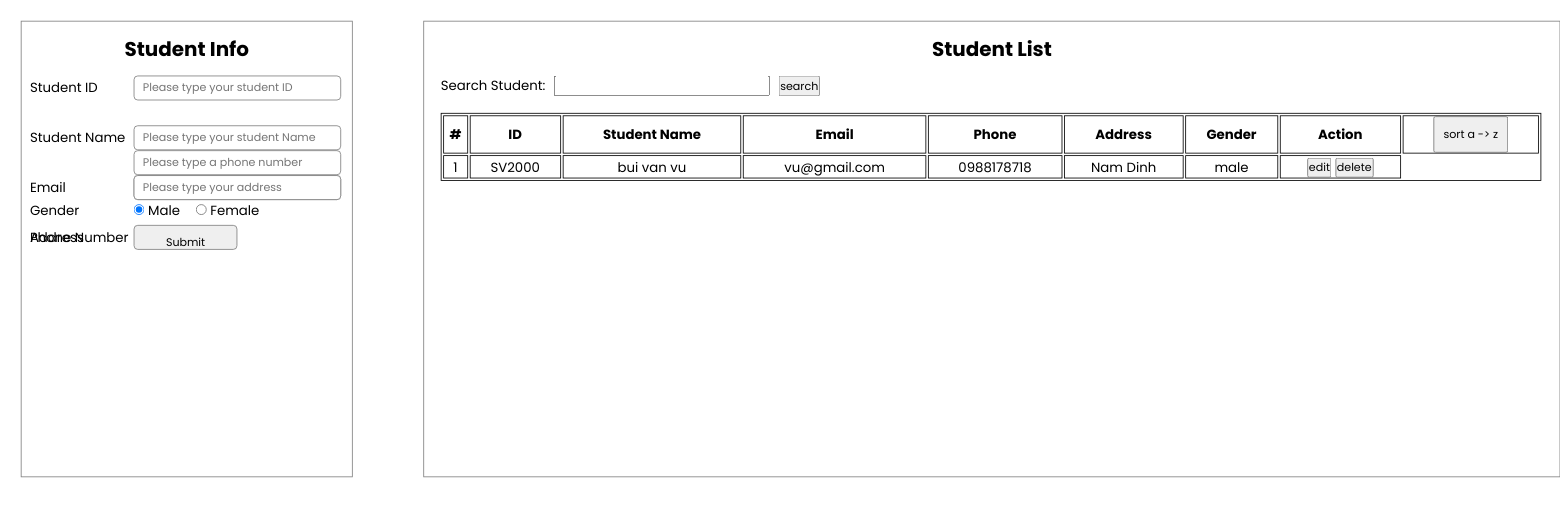
Repository: sSoRaK/ex-session15-dom-event
Page: ex-dom-event/student-management.html
An editor plug-in stored every save of this project. The page is shown before and after a run of saves, followed by the edit.
The browser window is 1280 px wide. The page is 1880 px wide, so the pictures cover 1880 px, including what lies to the right of the window. The pictures show the whole page, at 83% of full size.

Above is the page before, as saved 2023-06-24 20:24:15.

### ex-dom-event/student-management.html
<!DOCTYPE html>
<html lang="en">
  <head>
    <meta charset="UTF-8" />
    <meta name="viewport" content="width=device-width, initial-scale=1.0" />
    <title>Student Management</title>
    <link rel="preconnect" href="https://fonts.googleapis.com" />
    <link rel="preconnect" href="https://fonts.gstatic.com" crossorigin />
    <link
      href="https://fonts.googleapis.com/css2?family=Poppins:ital,wght@0,100;0,200;0,300;0,400;0,500;0,600;0,700;0,800;0,900;1,100;1,200;1,300;1,400;1,500;1,600;1,700;1,800;1,900&display=swap"
      rel="stylesheet"
    />
    <link rel="stylesheet" href="./style/style.css" />
  </head>
  <body>
    <div class="left-side">
      <h2>Student Info</h2>
      <form action="#" class="form-student">
        <label for="student-id" id="label-id">Student ID</label>
        <input
          type="text"
          name="student-name"
          id="student-id"
          placeholder="Please type your student ID"
        />
        <div class="error error-row1"></div>
        <label for="student-name" id="label-name">Student Name</label>
        <input
          type="text"
          name="student-name"
          id="student-name"
          placeholder="Please type your student Name"
        />
        <div class="error error-row2"></div>
        <label for="student-email" id="label-email">Email</label>
        <input
          type="email"
          name="student-email"
          id="student-email"
          placeholder="Please type your email"
        />
        <div class="error error-row3"></div>
        <label for="student-phone_number" id="label-phone_number"
          >Phone Number</label
        >
        <input
          type="number"
          name="student-phone_number"
          id="student-phone_number"
          placeholder="Please type a phone number"
        />
        <div class="error error-row4"></div>
        <label for="student-address" id="label-address">Address</label>
        <input
          type="text"
          name="student-address"
          id="student-address"
          placeholder="Please type your address"
        />
        <div class="error error-row5"></div>
        <span class="gender">Gender</span>
        <div class="gender-wrapper">
          <input type="radio" name="gender" id="male" checked />
          <label for="male">Male</label>
          <input type="radio" name="gender" id="female" />
          <label for="female">Female</label>
        </div>
        <input type="submit" value="Submit" class="btn-submit" />
      </form>
    </div>
    <div class="right-side">
      <h2>Student List</h2>
      <form action="#" class="searching-bar">
        <span>Search Student:</span>
        <input
          type="text"
          name="search-student_name"
          id="search-student_name"
        />
        <button class="btn-search">search</button>
      </form>
      <table class="table-student">
        <thead>
          <tr>
            <th>#</th>
            <th>ID</th>
            <th>Student Name</th>
            <th>Email</th>
            <th>Phone</th>
            <th>Address</th>
            <th>Gender</th>
            <th>Action</th>
            <th>
              <button class="btn-sort">sort a -> z</button>
            </th>
          </tr>
        </thead>
        <tbody id="student-info"></tbody>
      </table>
    </div>
    <script src="./app/app.js"></script>
  </body>
</html>

### ex-dom-event/style/style.css
* {
  padding: 0;
  margin: 0;
  box-sizing: border-box;
  font-family: "Poppins", sans-serif;
}
body {
  display: grid;
  grid-template-columns: repeat(4, 400px);
  grid-template-rows: repeat(1, 550px);
  gap: 85px;
  margin: 25px;
}
/* left side student info */
.left-side {
  border: 1px solid gray;
  grid-column: 1/2;
}
.left-side h2,
.right-side h2 {
  text-align: center;
  margin: 15px 0;
}
.form-student {
  margin: 0 10px;
  display: grid;
  grid-template-columns: repeat(3, 125px);
  grid-template-rows: repeat(13, 30px);
  /* row-gap: 30px; */
}
.form-student input {
  border: 0.5px solid gray;
  border-radius: 5px;
}
#label-id {
  grid-column: 1/2;
  grid-row: 1/2;
  line-height: 30px;
}
#student-id {
  grid-column: 2/4;
  grid-row: 1/2;
  padding-left: 10px;
}
.error-row1{
  grid-column: 2/4;
  grid-row: 2/3;
}
#label-name {
  grid-column: 1/2;
  grid-row: 3/4;
  line-height: 30px;
}
#student-name {
  grid-column: 2/4;
  grid-row: 3/4;
  padding-left: 10px;
}
.error-row2{
  grid-column: 2/4;
  grid-row: 4/5;
}
#label-email {
  grid-column: 1/2;
  grid-row: 5/6;
  line-height: 30px;
}
#student-email {
  grid-column: 2/4;
  grid-row: 5/6;
  padding-left: 10px;
}
.error-row3{
  grid-column: 2/4;
  grid-row: 6/7;
}
#label-phone_number {
  grid-column: 1/2;
  grid-row: 7/8;
  line-height: 30px;
}
input::-webkit-outer-spin-button,
input::-webkit-inner-spin-button {
  -webkit-appearance: none;
  margin: 0;
}
#student-phone_number {
  grid-column: 2/4;
  grid-row: 4/5;
  padding-left: 10px;
}
#label-address {
  grid-column: 1/2;
  grid-row: 7/8;
  line-height: 30px;
}
#student-address {
  grid-column: 2/4;
  grid-row: 5/6;
  padding-left: 10px;
}
.gender {
  grid-column: 1/2;
  grid-row: 6/7;
}
.gender-wrapper {
  grid-column: 2/4;
  grid-row: 6/7;
}
.gender-wrapper label[for="male"] {
  margin-right: 15px;
}
.btn-submit {
  grid-column: 2/3;
  grid-row: 7/8;
  padding: 10px 0;
}

/* right side student list */
.right-side {
  border: 1px solid gray;
  grid-column: 2/5;
}
.right-side .searching-bar {
  margin-left: 20px;
  display: flex;
  gap: 10px;
}
.table-student,
th,
tr,
td {
  border: 1px solid;
  /* border-collapse: collapse; */
  margin: 20px;
  width: calc(100% - 42px);
}
.btn-sort {
  padding: 10px;
}

#student-info tr td {
  text-align: center;
}
.error {
  visibility: hidden;
}
.error-row1 {
  grid-row: 2;
}
.display-error {
  color: red;
  visibility: visible;
}
.btn-edit,
.btn-delete,
.btn-submit,
.btn-sort,
.btn-search {
  cursor: pointer;
}

### ex-dom-event/app/app.js
// tạo 1 mảng rỗng 2 chiều với phần tử là 1 mảng chứa các thông tin tương ứng của mỗi sinh viên
let studentList = [
  ["SV2000", "bui van vu", "vu@gmail.com", "0988178718", "Nam Dinh", "male"],
];
let action = "create";
// Lấy dữ liệu từ form -> table: Read
function renderData() {
  // truy cập đến tbody
  let tbody = document.getElementById("student-info");
  // đặt giá trị ban đầu tbody = "", để tránh dữ liệu cũ còn tồn tại
  tbody.innerHTML = "";
  for (let i = 0; i < studentList.length; i++) {
    // truyền vào tbody dưới dạng String Template
    tbody.innerHTML += `<tr>
                          <td>${i + 1}</td>
                          <td>${studentList[i][0]}</td>
                          <td>${studentList[i][1]}</td>
                          <td>${studentList[i][2]}</td>
                          <td>${studentList[i][3]}</td>
                          <td>${studentList[i][4]}</td>
                          <td>${studentList[i][5]}</td>
                          <td>
                              <button onclick="editData('${
                                studentList[i][0]
                              }')" class="btn-edit">edit</button>
                              <button onclick="deleteData('${
                                studentList[i][1]
                              }')" class="btn-delete">delete</button>
                          </td>
                    </tr>`;
  }
}
// Khi trình duyệt load thì sẽ load dữ liệu student và hiển thị trên table
document.onload = renderData();

// query element (create gol)
const studentId = document.querySelector("#student-id");
const studentName = document.querySelector("#student-name");
const studentEmail = document.querySelector("#student-email");
const studentPhoneNumber = document.querySelector("#student-phone_number");
const studentAddress = document.querySelector("#student-address");
const studentGender = document.querySelector("input[name='gender']:checked");

const errorElement = document.querySelectorAll(".error");

const btnSubmit = document.querySelector(".btn-submit");

// Validate: xác thực khi thêm create hoặc update
// function check validate each <input>
function validateForm() {
  // Lấy dữ liệu từ Form và Thực hiện validate từng input, nếu thỏa -> true, không thỏa -> báo lỗi (false)
  let idValidate = false;
  let nameValidate = false;
  let emailValidate = false;
  let phoneValidate = false;
  let addressValidate = false;
  let emailPattern = /^\w+([\.-]?\w+)*@\w+([\.-]?\w+)*(\.\w{2,3})+$/; // regex pattern: mẫu quy định
  let phonePattern = /(84|0[3|5|7|8|9])+([0-9]{8})\b/g;
  // check validate studentId
  if (studentId.value.length == 0) {
    errorElement[0].textContent = "* Please type your ID";
    errorElement[0].classList.add("display-error");
  } else if (studentId.value.length < 6 || studentId.value.length > 20) {
    errorElement[0].textContent = "* Your ID must be 6 - 20 characters";
    errorElement[0].classList.add("display-error");
  } else {
    errorElement[0].classList.remove("display-error");
    idValidate = true;
  }

  // check validate studentName
  if (studentName.value == "") {
    errorElement[1].textContent = "* Please type your name";
    errorElement[1].classList.add("display-error");
  } else {
    errorElement[1].classList.remove("display-error");
    nameValidate = true;
  }

  // check validate studentEmail
  if (studentEmail.value.length == "") {
    errorElement[2].textContent = "* Please type your email";
    errorElement[2].classList.add("display-error");
  } else if (!studentEmail.value.match(emailPattern)) {
    errorElement[2].textContent = "* You have entered email invalid";
    errorElement[2].classList.add("display-error");
  } else {
    errorElement[2].classList.remove("display-error");
    emailValidate = true;
  }

  // check validate studentPhoneNumber
  if (studentPhoneNumber.value.length == "") {
    errorElement[3].textContent = "* Please type your phone number";
    errorElement[3].classList.add("display-error");
  } else if (!studentPhoneNumber.value.match(phonePattern)) {
    errorElement[3].textContent = "* You have entered phone number invalid";
    errorElement[3].classList.add("display-error");
  } else {
    errorElement[3].classList.remove("display-error");
    phoneValidate = true;
  }

  // check validate studentAddress
  if (studentAddress.value.length == "") {
    errorElement[4].textContent = "* Please type your address";
    errorElement[4].classList.add("display-error");
  } else {
    errorElement[4].classList.remove("display-error");
    addressValidate = true;
  }

  // check validate each input as True or False
  if (
    idValidate &&
    nameValidate &&
    emailValidate &&
    phoneValidate &&
    addressValidate
  ) {
    return true;
  }
  return false;
}

// Lấy dữ liệu từ Form sau khi submit, tạo table và insert studentList
// create new student from FORM and take to value studentList, insert to table
function createData() {
  // tạo mảng gồm các thông tin của học sinh - create array have element as student info
  const newStudent = [
    studentId.value,
    studentName.value,
    studentEmail.value,
    studentPhoneNumber.value,
    studentAddress.value,
    studentGender.value,
  ];
  studentList.push(newStudent);
  renderData();
  resetForm(); // clear form after submit
}

// reset form after submit or update, create newStudent to table
function resetForm() {
  studentId.value = "";
  studentName.value = "";
  studentEmail.value = "";
  studentPhoneNumber.value = "";
  studentAddress.value = "";
  document.getElementById("male").checked = true;
}

// create event for btn-submit
// event : e
btnSubmit.addEventListener("click", (e) => {
  e.preventDefault(); // after click button submit, prevent "FORM" re-load
  const checkValidForm = validateForm();
  if (checkValidForm) {
    if (action == "create") {
      // push dữ liệu vào table
      createData();
    } else {
      // Thực hiện update sinh viên
      updateFormStudent();
    }
  }
});
// lấy thông tin học sinh thông qua studentID
// 1. Duyệt qua studentList để lấy studentID
function getStudentId(studentId) {
  for (let index = 0; index < studentList.length; index++) {
    if (studentId == studentList[index][0]) return index;
  }
  return -1;
}
// 2.
function editData(studentID) {
  // 1. lấy chỉ số sinh viên trong mảng
  let index = getStudentId(studentID);
  if (index >= 0) {
    // 2. fill thông tin sinh viên qua form
    studentId.value = studentList[index][0];
    studentName.value = studentList[index][1];
    studentEmail.value = studentList[index][2];
    studentPhoneNumber.value = studentList[index][3];
    studentAddress.value = studentList[index][4];
    if (studentList[index][5] == "male") {
      document.getElementById("male").checked = true;
    } else {
      document.getElementById("female").checked = true;
    }
    // sau khi edit, thay giá trị action
    action = "edit";
    studentId.readOnly = true;
    studentId.style.outline = "none";
    studentId.style.cursor = "unset";
    studentId.style.caretColor = "transparent";
  }
}
// Update
function updateFormStudent() {
  const studentUpdate = [
    studentId.value,
    studentName.value,
    studentEmail.value,
    studentPhoneNumber.value,
    studentAddress.value,
    studentGender.value,
  ];

  //find Index dua ma code cua sinh vien
  const indexStudent = getStudentId(studentId.value);

  studentList[indexStudent] = studentUpdate;
  renderData();
  action = "create";
  resetForm();
  studentId.readOnly = false;
  studentId.style.cursor = "text";
  studentId.style.caretColor = "black";
}

function deleteData(studentID) {
  let isCheckRemove = confirm("Bạn có muốn xóa hay không?");
  if (isCheckRemove) {
    const indexDeleteStudent = getStudentId(studentID);
    studentList.splice(indexDeleteStudent, 1);
    renderData();
  }
}

After the next 3 saves:
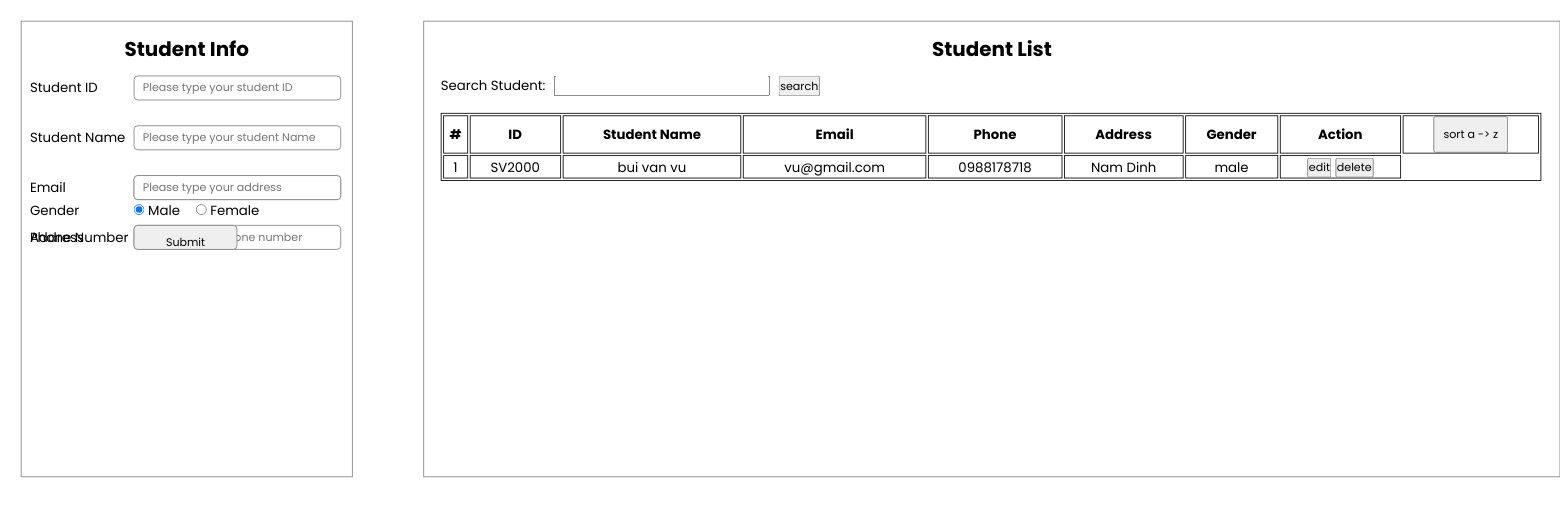
The 3 saves are shown as one change because they came seconds apart.
The last was saved 23 s later.
--- a/ex-dom-event/style/style.css
+++ b/ex-dom-event/style/style.css
@@ -86,8 +86,12 @@ input::-webkit-inner-spin-button {
 }
 #student-phone_number {
   grid-column: 2/4;
-  grid-row: 4/5;
+  grid-row: 7/8;
   padding-left: 10px;
+}
+.error-row4{
+  grid-column: 2/4;
+  grid-row: 6/7;
 }
 #label-address {
   grid-column: 1/2;
